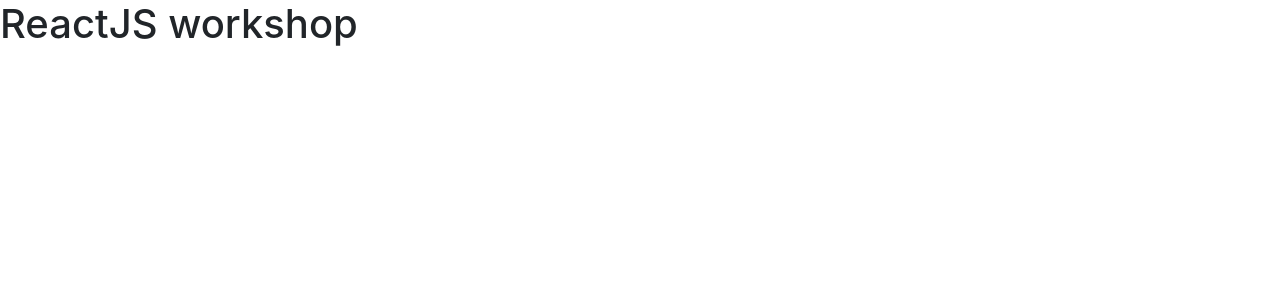
Repository: Sarra-94/props-WS
Page: /
These files come from the project's save history. The page is drawn as it stood at one moment and after the next save; the edit follows.
The browser window is 1280 px wide. The pictures show the whole page.
The project was rebuilt for these pictures with package versions that can differ from the ones it lists, and the page was loaded fresh each time.

Above is the page before, as saved 2020-10-16 10:55:28.

### src/App.js
import React from "react";
import "./App.css";
// importing components
import MainVideo from "./components/mainVideo/mainVideo"

function App() {
  return (
    <div className="App">
     <h1>ReactJS workshop </h1>
    </div>
  );
}

export default App;

### src/components/mainVideo/mainVideo.js
import React from 'react'

function MainVideo() {
    return (
        <div>
            <h3>mainVideo component</h3>
        </div>
    )
}

export default MainVideo

Loaded but not shown: public/index.html (common file); src/index.js (common file); src/index.css (common file); src/serviceWorker.js (common file); src/App.css (no stored copy; drawn as an empty file)

After the next save:
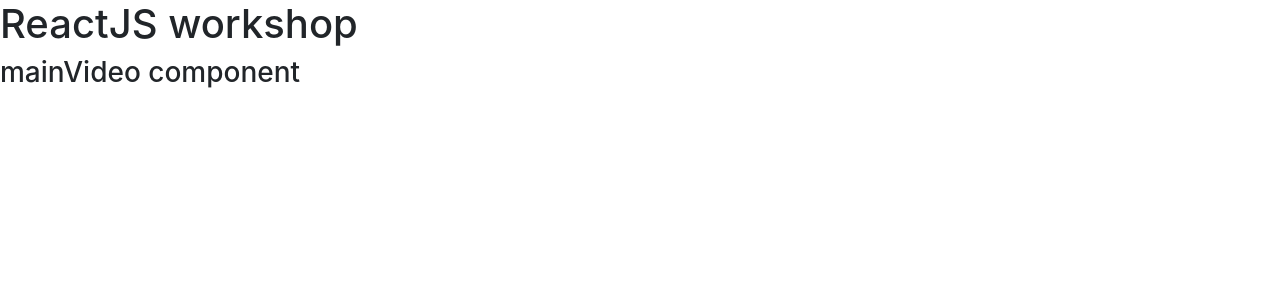
Saved 69 s later.
--- a/src/App.js
+++ b/src/App.js
@@ -7,6 +7,7 @@
   return (
     <div className="App">
      <h1>ReactJS workshop </h1>
+     <MainVideo/>
     </div>
   );
 }
